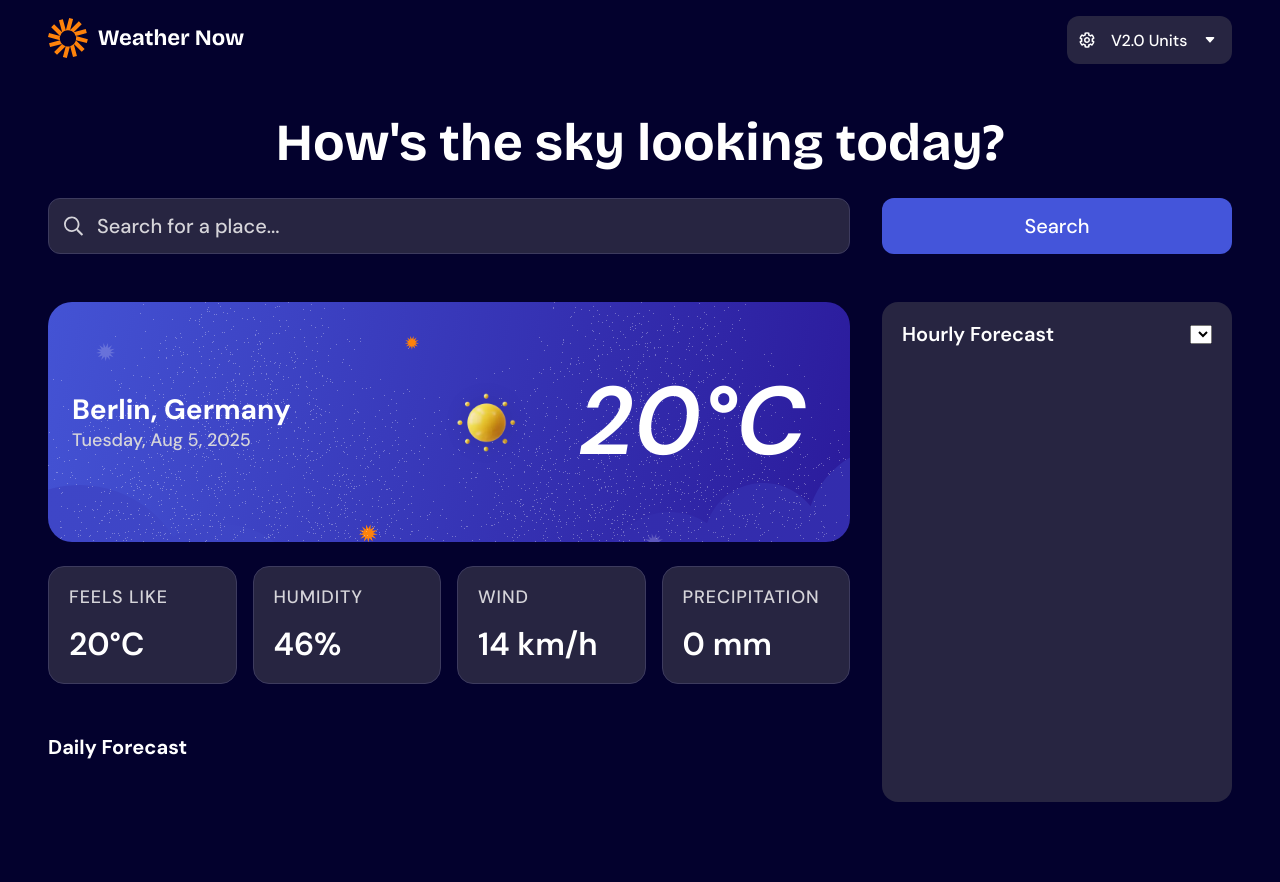
Repository: MKwaak/weather-app-main
Page: index.html
These files come from the project's save history. The page is drawn as it stood at one moment and after the next save; the edit follows.
The browser window is 1280 px wide. The pictures show the whole page.
The page's requests for data from a server got no answer.

Above is the page before, as saved 2026-02-03 12:44:35.

After the next save:
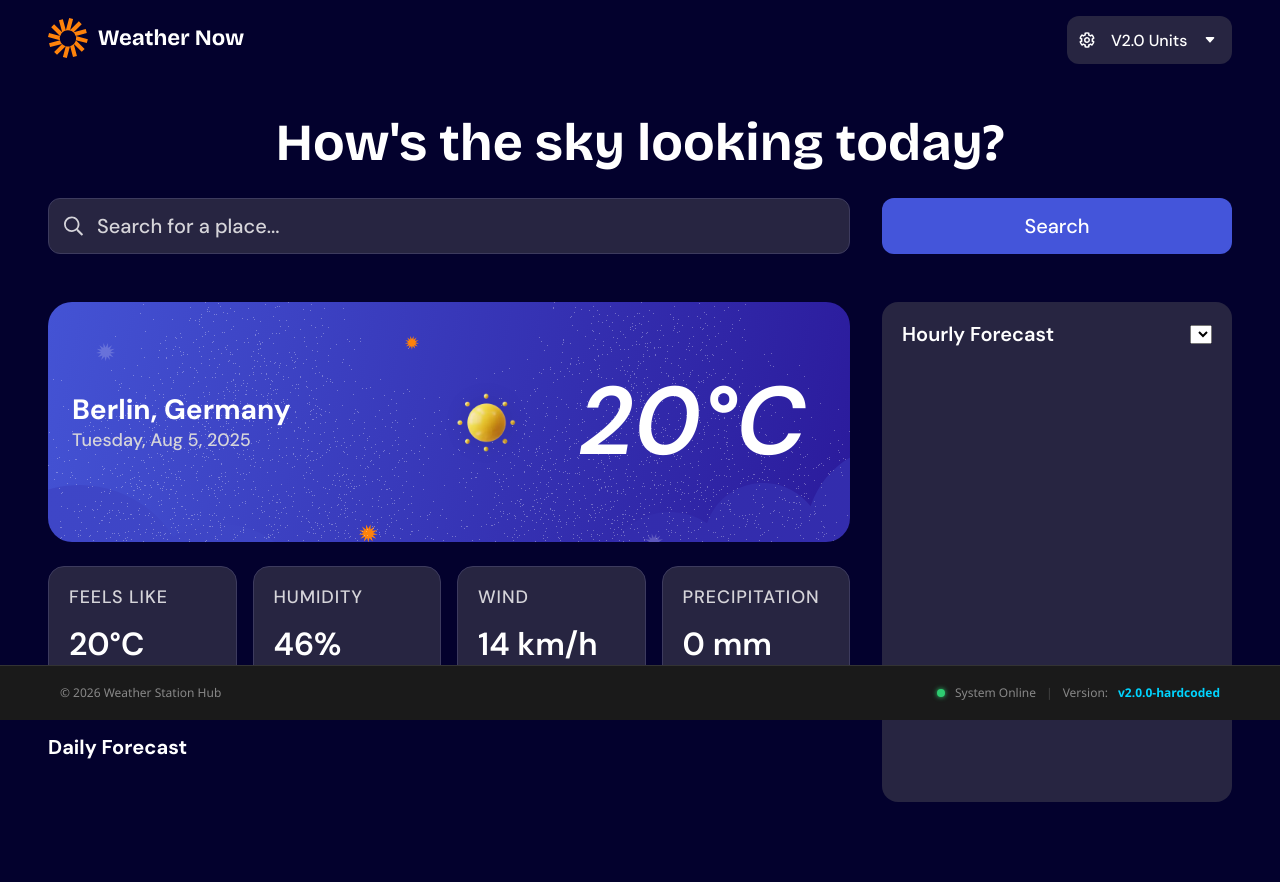
Saved 7 s later.
--- a/index.html
+++ b/index.html
@@ -155,5 +155,17 @@
         </section>
       </div>
     </main>
+    <footer class="app-footer">
+      <div class="footer-content">
+        <p>&copy; 2026 Weather Station Hub</p>
+        <nav class="footer-nav">
+          <span class="status-indicator"></span>
+          <span class="system-status">System Online</span>
+          <span class="divider">|</span>
+          <span class="version-label">Version:</span>
+          <span id="version-tag" class="version-number">v2.0.0-hardcoded</span>
+        </nav>
+      </div>
+    </footer>
   </body>
 </html>
